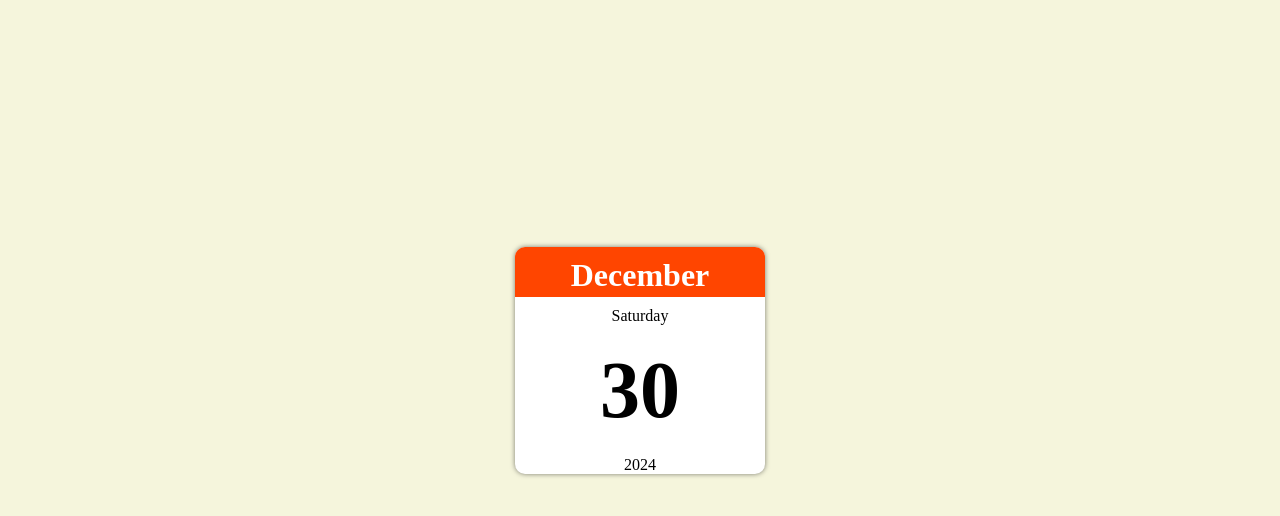
Repository: JunaidAnsari202/Mini-Calender
Page: index.html
The author's editor kept a copy of each file at every save. The page is drawn from the files as they stood at one save, then again after a run of saves.
The browser window is 1280 px wide. The pictures show the whole page.

Above is the page before, as saved 2024-11-10 11:49:05.

### index.html
<!DOCTYPE html>
<html lang="en">
<head>
    <meta charset="UTF-8">
    <meta name="viewport" content="width=device-width, initial-scale=1.0">
    <title>Mini Calender</title>
    <link rel="stylesheet" href="style.css">
</head>
<body>
   <div class="container">
    <div class="month">December</div>
    <div class="weekday">Saturday</div>
    <div class="day">30</div>
    <div class="year">2024</div>

</div>

    <script src="script.js"></script>
</body>
</html>

### style.css
*{
    margin: 0;
    padding: 0;
    box-sizing: border-box;
}

body{
    background-color: beige;
    display: flex;
    justify-content: center;
    align-items: center;
    height: 100vh;
}

.container{
    width: 250px;
    background-color: white;
    border-radius: 10px;
    box-shadow: 0 0 5px 0 rgba(0,0,0,0.5);
    text-align: center;
    border: none;
}

.month{
    background-color: orangered;
    height: 50px;
    font-size: 2rem;
    font-weight: bold;
    color: white;
    padding: 10px;
    margin-bottom: 10px;
    border-radius: 10px 10px 0 0;

}

.weekday{
    margin-bottom: 10px;
}

.day{
    font-size: 5rem;
    font-weight: bold;
    padding: 10px;
    margin-bottom: 10px;
    border-radius: 10px 10px 0 0;

}

Loaded but not shown: script.js (no copy from this time; the picture is the same without it)

After the next 7 saves:
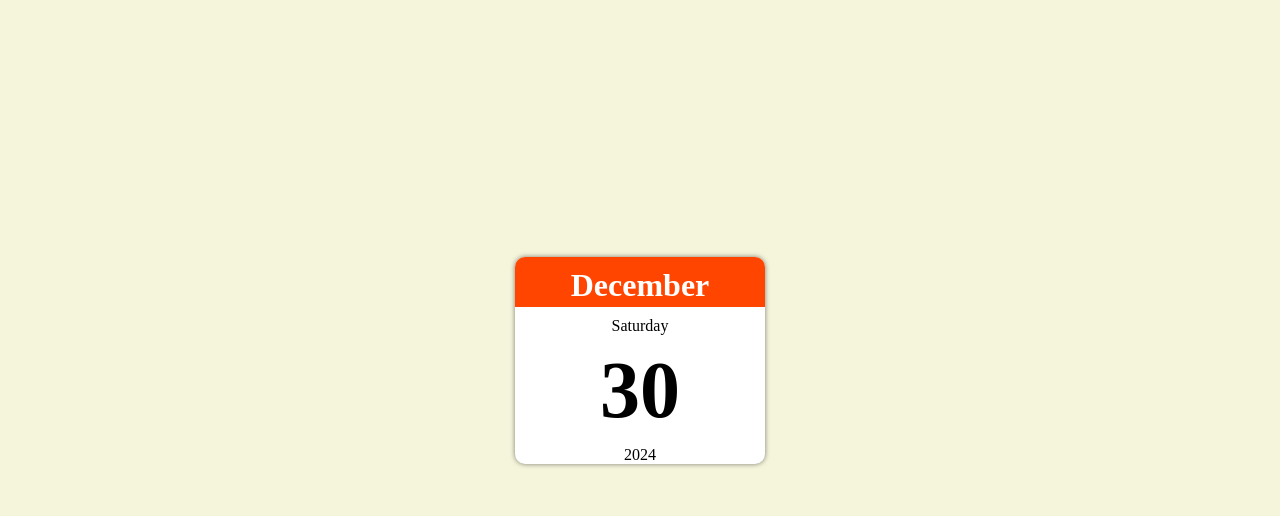
The 7 saves are shown as one change because they came seconds apart.
The last was saved 26 s later.
--- a/style.css
+++ b/style.css
@@ -40,8 +40,6 @@
 .day{
     font-size: 5rem;
     font-weight: bold;
-    padding: 10px;
     margin-bottom: 10px;
-    border-radius: 10px 10px 0 0;
 
 }
